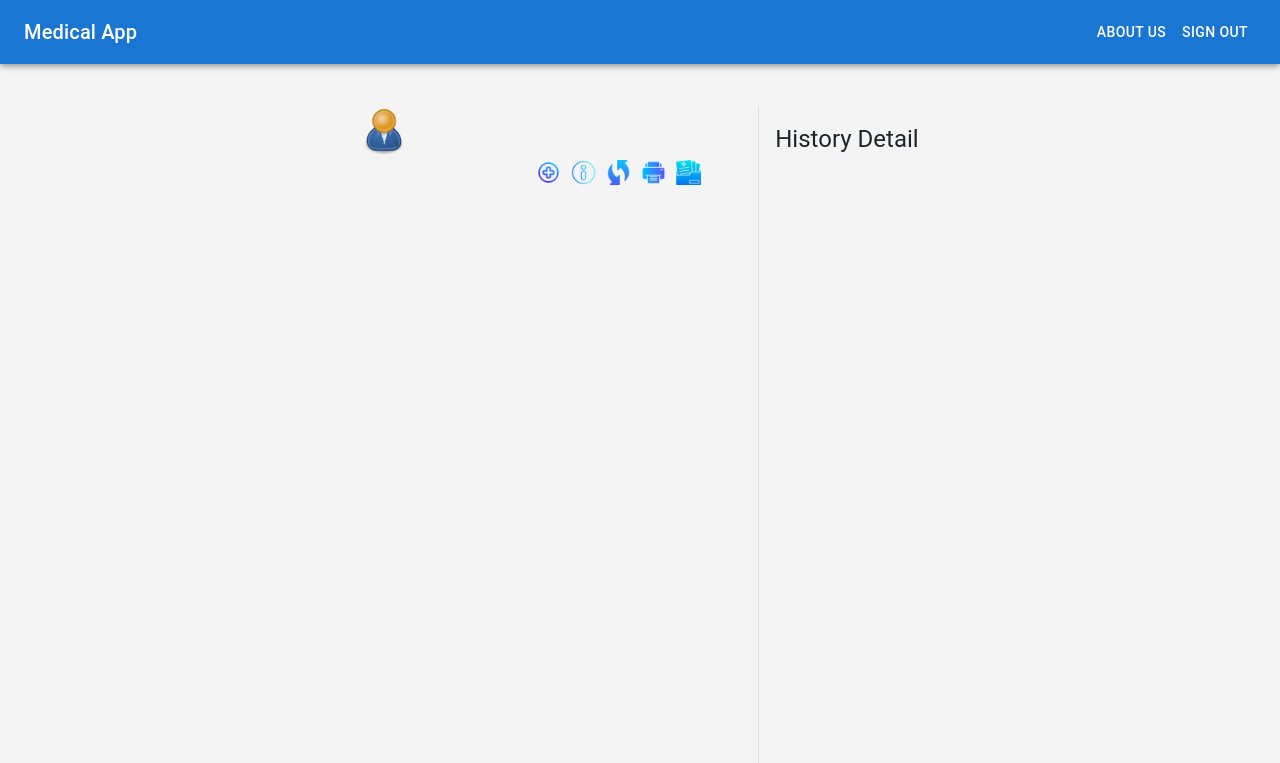
Repository: sshaiv/demo_project
Page: /
These files come from the project's save history. The page is drawn as it stood at one moment and after a run of saves; the edit follows.
The browser window is 1280 px wide. The pictures show the whole page.
The project was rebuilt for these pictures with package versions that can differ from the ones it lists, and the page was loaded fresh each time. Also part of the build but not shown: src/components/AddPatient.js.

Above is the page before, as saved 2024-08-12 23:57:26.

After the next 5 saves:
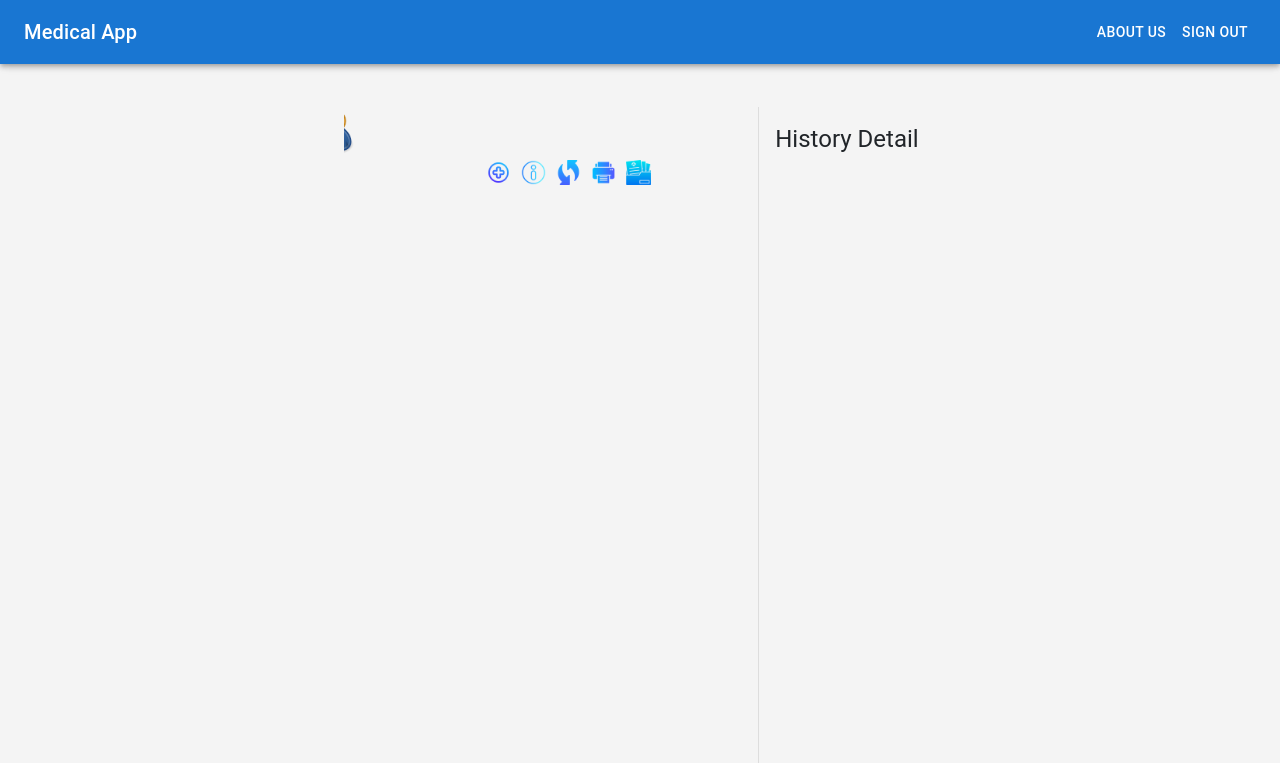
The 5 saves are shown as one change because 1 did not build or start and some came seconds apart.
The last was saved 17 s later.
--- a/src/components/NursingHeader.js
+++ b/src/components/NursingHeader.js
@@ -5,7 +5,7 @@
 const NursingHeader = ({setShowLogin}) => {
   return (
     <div id="NursingHeader" className="container-fluid">
-      <div style={{gap: "130px" , position: "relative"}} className="row">
+      <div style={{gap: "130px" , position: "relative", right: "50px"}} className="row">
         {/* Employee Image */}
         <div className="col-md-1">
           <img

After the 3 saves that followed:
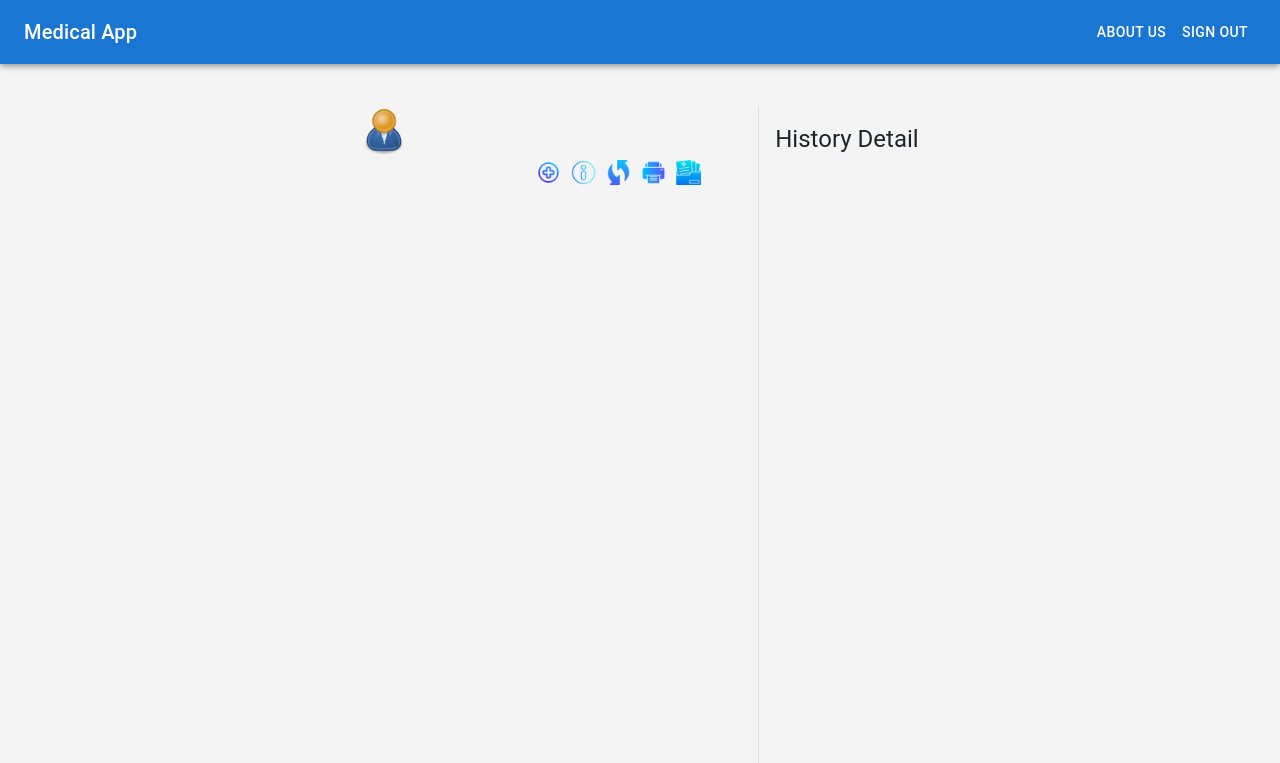
The 3 saves are shown as one change because they came seconds apart.
The last was saved 18 s later.
--- a/src/components/NursingHeader.js
+++ b/src/components/NursingHeader.js
@@ -5,7 +5,7 @@
 const NursingHeader = ({setShowLogin}) => {
   return (
     <div id="NursingHeader" className="container-fluid">
-      <div style={{gap: "130px" , position: "relative", right: "50px"}} className="row">
+      <div style={{gap: "130px" , position: "relative"}} className="row">
         {/* Employee Image */}
         <div className="col-md-1">
           <img
